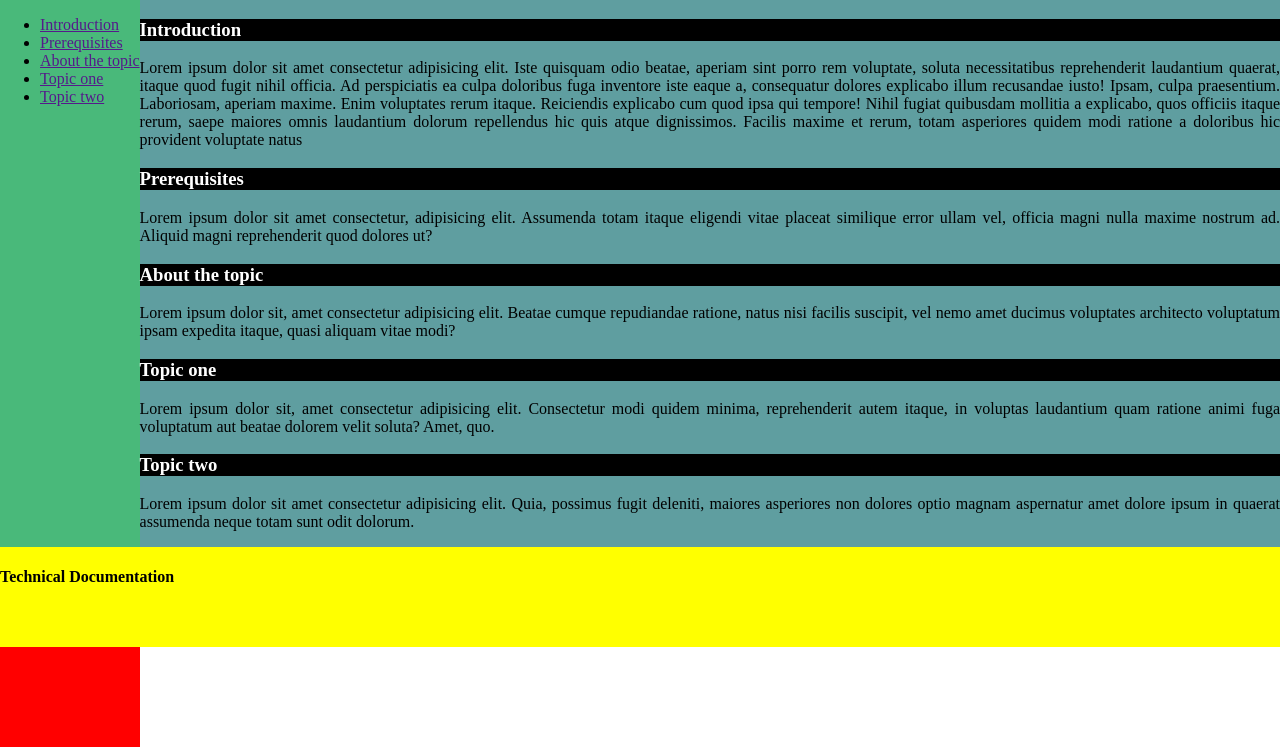
Repository: JoaoLemesDEV/Excercise-Tech-Documentation-Page
Page: index.html
An editor plug-in stored every save of this project. The page is shown before and after a run of saves, followed by the edit.
The browser window is 1280 px wide. The pictures show the whole page.

Above is the page before, as saved 2021-10-03 21:41:24.

After the next 2 saves:
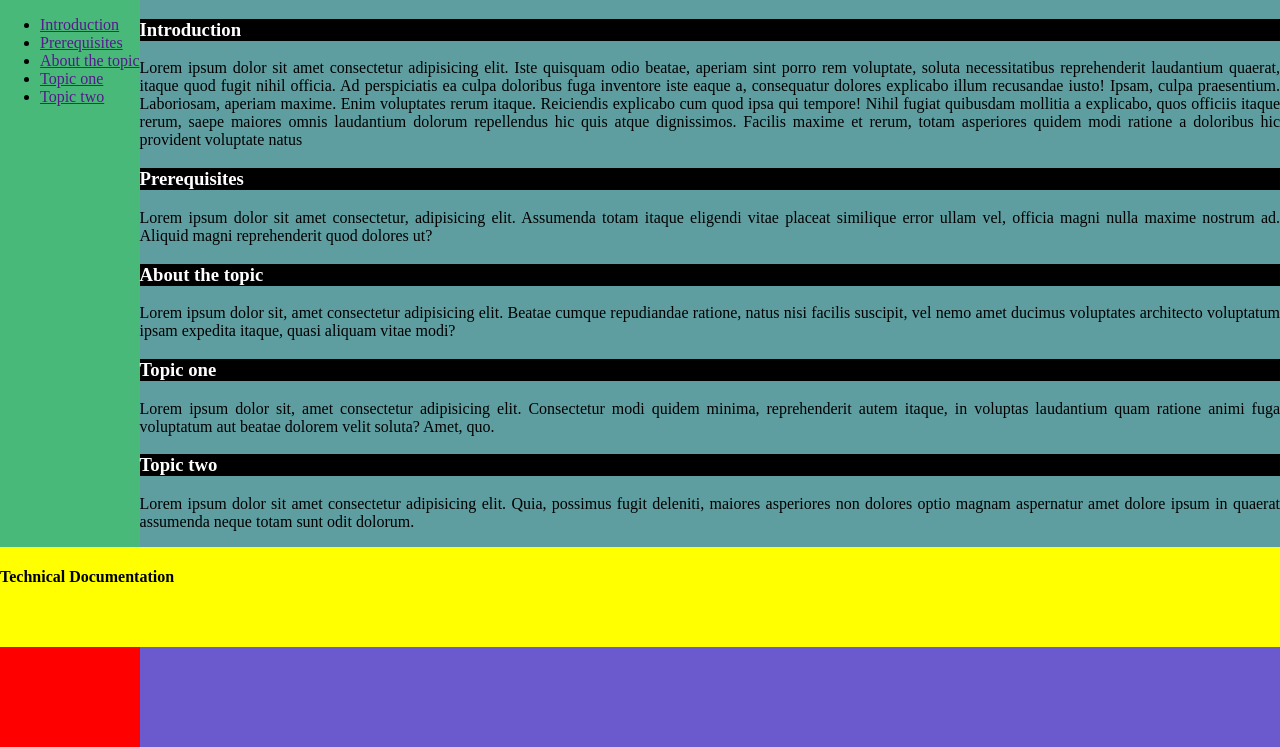
The 2 saves are shown as one change because they came seconds apart.
The last was saved 9 s later.
--- a/index.css
+++ b/index.css
@@ -2,7 +2,7 @@ html body{
   margin: 0;
   padding: 0;
   box-sizing: border-box;
-  bac
+  background-color: slateblue;
 
 }
 .wrapper {
